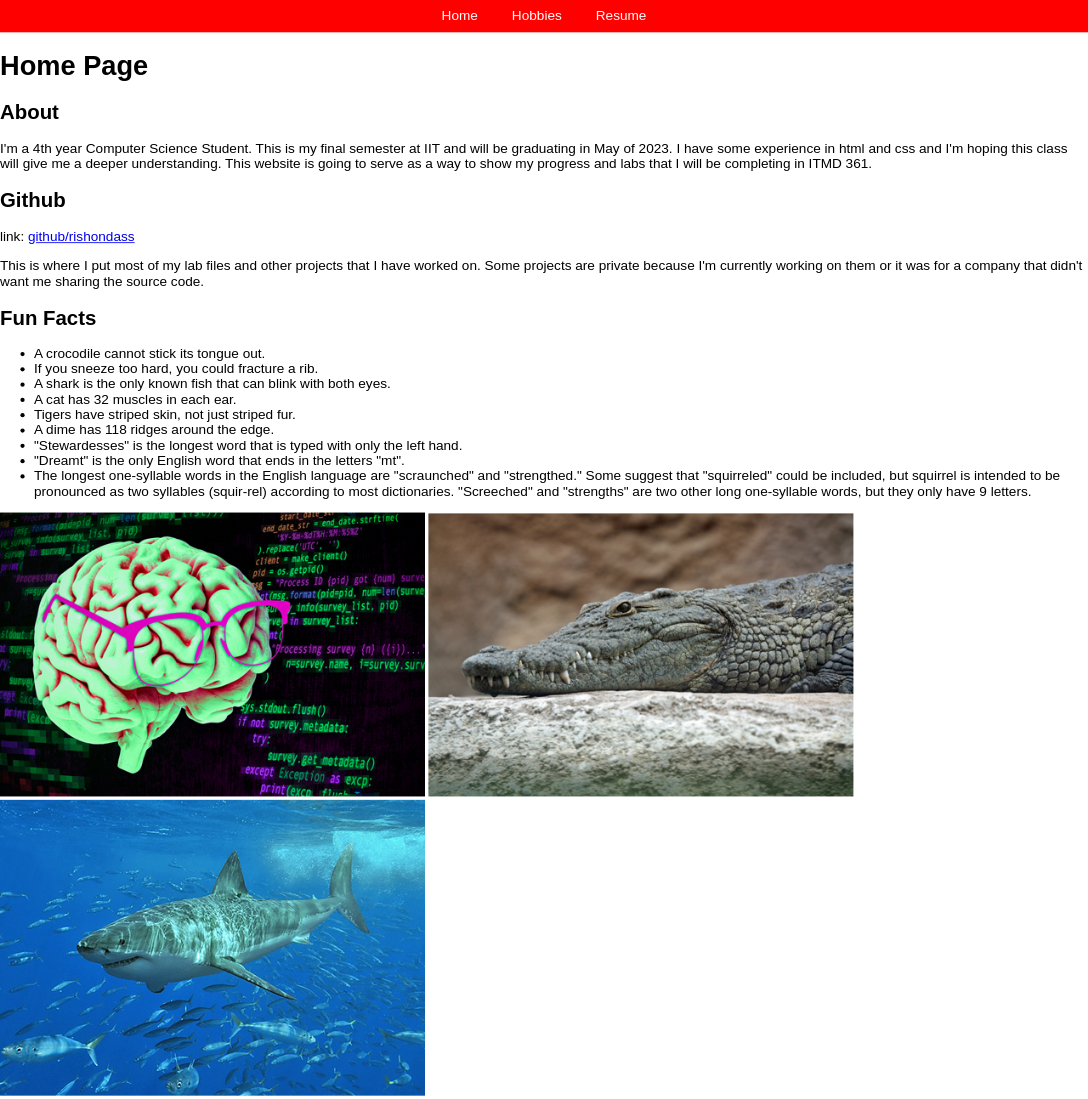
Repository: rishondass/ITMD361-Project2
Page: index.html
The author's editor kept a copy of each file at every save. The page is drawn from the files as they stood at one save, then again after the next save.
The browser window is 1280 px wide. The pictures show the whole page, at 85% of full size.

Above is the page before, as saved 2023-03-07 21:28:54.

### index.html
<!DOCTYPE html>
<html lang="en">
<head>
    <meta charset="UTF-8">
    <meta name="viewport" content="width=device-width, initial-scale=1.0">
    <link rel="stylesheet" href="css/style.css">
    <link rel="stylesheet" href="css/normalize.css">
    <title>Home</title>
</head>
<body>
    <nav id="main-nav">
        <ul>
            <li>
                <a href="index.html">Home</a>
            </li>
            <li>
                <a href="hobbies.html">Hobbies</a>
            </li>
            <li>
                <a href="resume.html">Resume</a>
            </li>
        </ul>
    </nav>

    <div id="main-container">
        <h1>Home Page</h1>
        <h2>
            About
        </h2>
        <p>
            I'm a 4th year Computer Science Student. This is my final semester at IIT and will be graduating in May of 2023. I have some experience in html and css and I'm hoping this class will give me a deeper understanding. This website is going to serve as a way to show my progress and labs that I will be completing in ITMD 361.
        </p>
        <h2>
            Github
        </h2>
        <p>
            link: <a target="_blank" href="https://www.github.com/rishondass">github/rishondass</a>
        </p>
        <p>
            This is where I put most of my lab files and other projects that I have worked on. Some projects are private because I'm currently working on them or it was for a company that didn't want me sharing the source code.
        </p>
        <h2>
            Fun Facts
        </h2>
        <ul>
            <li>
                A crocodile cannot stick its tongue out.
            </li>
            <li>
                If you sneeze too hard, you could fracture a rib.
            </li>
            <li>
                A shark is the only known fish that can blink with both eyes.
            </li>
            <li>
                A cat has 32 muscles in each ear.
            </li>
            <li>
                Tigers have striped skin, not just striped fur.
            </li>
            <li>
                A dime has 118 ridges around the edge.
            </li>
            <li>
                "Stewardesses" is the longest word that is typed with only the left hand.
            </li>
            <li>
                "Dreamt" is the only English word that ends in the letters "mt".
            </li>
            <li>
                The longest one-syllable words in the English language are "scraunched" and "strengthed." Some suggest that "squirreled" could be included, but squirrel is intended to be pronounced as two syllables (squir-rel) according to most dictionaries. "Screeched" and "strengths" are two other long one-syllable words, but they only have 9 letters.
            </li>
        </ul>
        <img src="images/code.jpg" alt="image_of_code">
        <img src="images/Nile_crocodile_head.jpg" alt="image_of_crocodile">
        <img src="images/White_shark.jpg" alt="image_of_shark">

    </div>
</body>
</html>

### css/style.css
#main-nav{
    background-color: red;
    overflow: hidden;
}

#main-nav ul{
    list-style-type: none;
    padding: 0;
    margin: 0;
    display: flex;
    justify-content: center;
}

#main-nav a{
   display: block;
   padding: 10px 20px;
   text-decoration: none;
   color: white;
}


#main-nav a:hover{
    background-color: rgb(255, 255, 255);
    color:black;
}

#main-container{

}

Loaded but not shown: css/normalize.css (library)

After the next save:
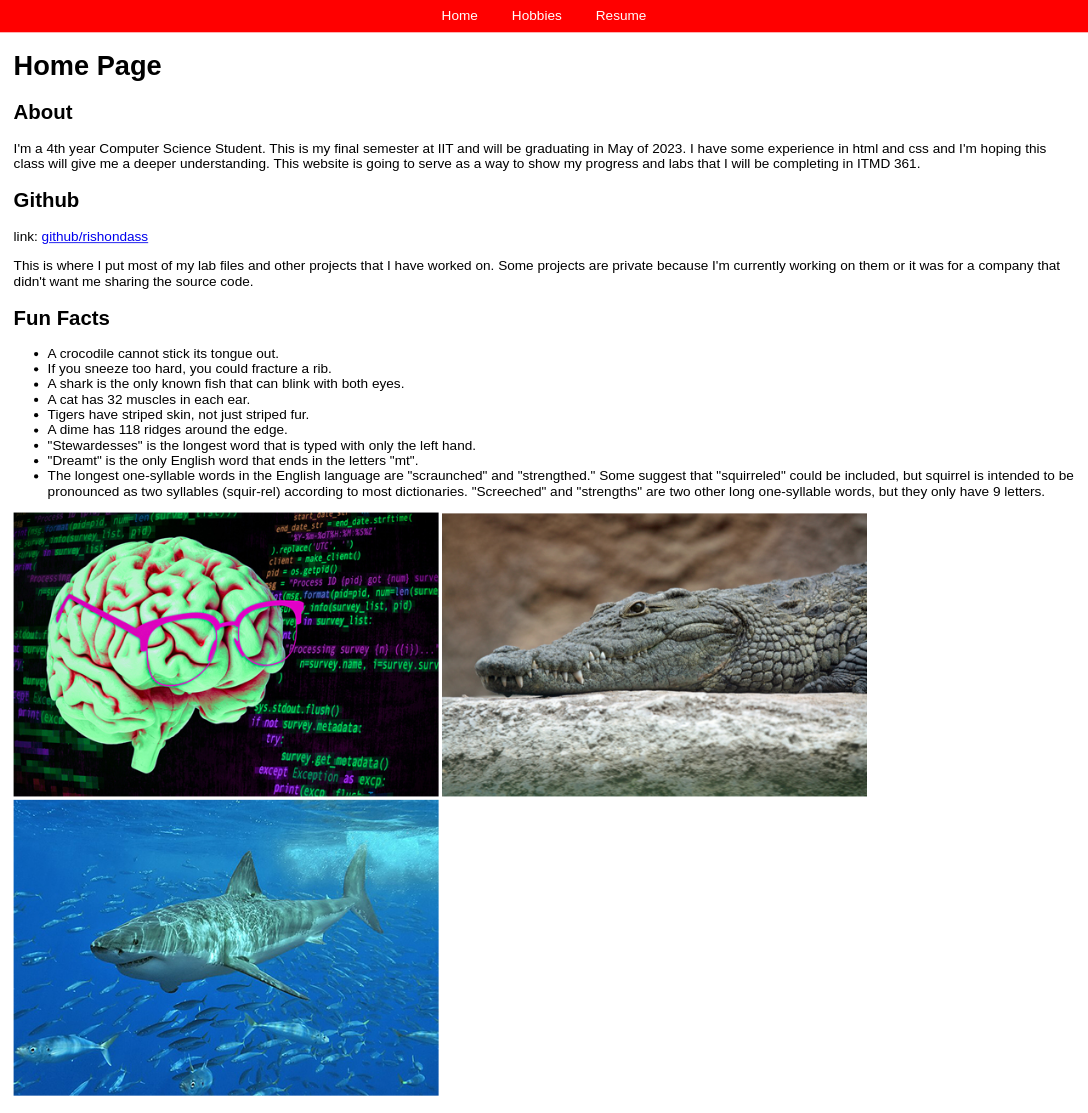
Saved 5 s later.
--- a/css/style.css
+++ b/css/style.css
@@ -25,5 +25,5 @@
 }
 
 #main-container{
-
+    margin: 1rem;
 }
